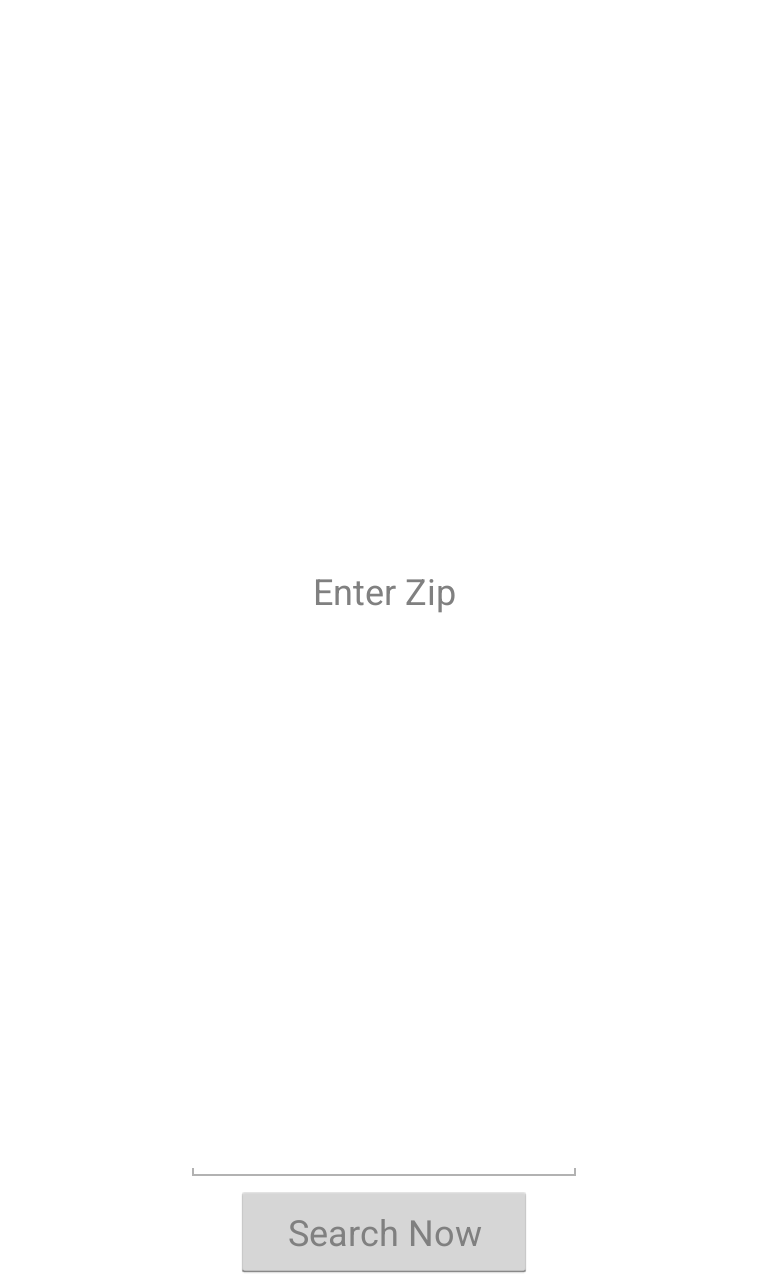
Repository: scottcaruso/Java_I_1307_Week4
Layout: myGov/res/layout/main_screen.xml
An editor plug-in stored every save of this project. The layout is shown before and after a run of saves, followed by the edit.
It is drawn on a 768 x 1280 px phone screen (xhdpi) without system bars, with theme AppTheme; the app's code is not run.

Above is the layout before, as saved 2013-08-01 19:19:17.

### myGov/res/layout/main_screen.xml
<?xml version="1.0" encoding="utf-8"?>
<LinearLayout xmlns:android="http://schemas.android.com/apk/res/android"
    android:layout_width="wrap_content"
    android:layout_height="wrap_content"
    android:layout_gravity="center_horizontal"
    android:gravity="center|center_horizontal|center_vertical"
    android:orientation="vertical" >

    <EditText
        android:id="@+id/zipcodeentry"
        android:layout_width="200dp"
        android:layout_height="0dp"
        android:layout_weight="1"
        android:gravity="center|center_vertical"
        android:hint="@string/enter_zip"
        android:inputType="number"
        android:maxLength="5" />

    <Button
        android:id="@+id/dosearchnow"
        android:layout_width="150dp"
        android:layout_height="wrap_content"
        android:layout_gravity="center"
        android:hint="@string/search_now" />

</LinearLayout>

### myGov/res/values/strings.xml
<?xml version="1.0" encoding="utf-8"?>
<resources>

    <string name="app_name">myGov</string>
    <string name="action_settings">Settings</string>
    <string name="hello_world">Hello world!</string>
    <string name="enter_zip">Enter Zip</string>
    <string name="search_now">Search Now</string>

</resources>

Loaded but not shown: myGov/res/values/styles.xml (common file); myGov/res/values-v11/styles.xml (common file); myGov/res/values-v14/styles.xml (common file)

After the next 2 saves:
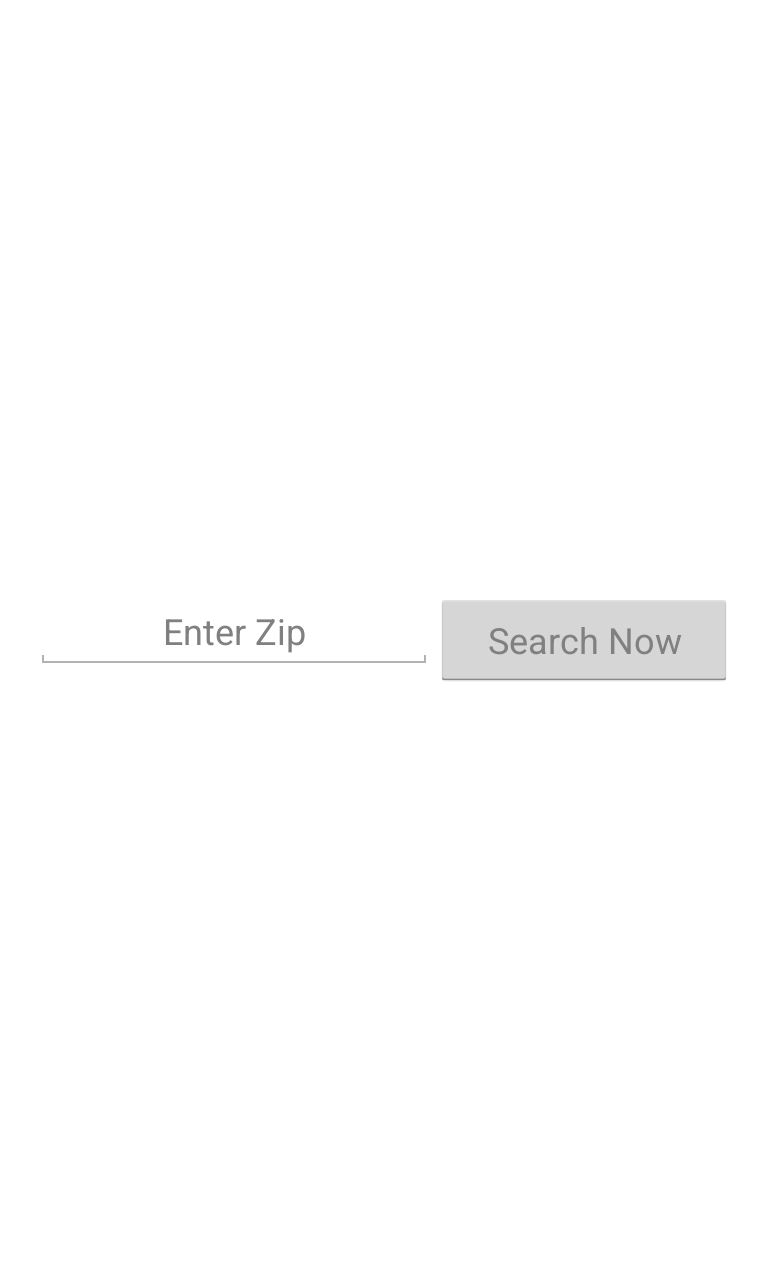
The 2 saves are shown as one change because 1 did not build or start.
The last was saved 2 min 31 s later.
--- a/myGov/res/layout/main_screen.xml
+++ b/myGov/res/layout/main_screen.xml
@@ -6,21 +6,28 @@
     android:gravity="center|center_horizontal|center_vertical"
     android:orientation="vertical" >
 
-    <EditText
-        android:id="@+id/zipcodeentry"
-        android:layout_width="200dp"
-        android:layout_height="0dp"
-        android:layout_weight="1"
-        android:gravity="center|center_vertical"
-        android:hint="@string/enter_zip"
-        android:inputType="number"
-        android:maxLength="5" />
+    <LinearLayout
+        android:layout_width="wrap_content"
+        android:layout_height="wrap_content"
+        android:layout_gravity="center_horizontal"
+        	>
+	   <EditText
+	       android:id="@+id/zipcodeentry"
+	       android:layout_width="200dp"
+	       android:layout_height="wrap_content"
+	       android:layout_weight="1"
+	       android:gravity="center|center_vertical"
+	       android:hint="@string/enter_zip"
+	       android:inputType="number"
+	       android:maxLength="5" />
 
-    <Button
-        android:id="@+id/dosearchnow"
-        android:layout_width="150dp"
-        android:layout_height="wrap_content"
-        android:layout_gravity="center"
-        android:hint="@string/search_now" />
+	   <Button
+	       android:id="@+id/dosearchnow"
+	       android:layout_width="150dp"
+	       android:layout_height="wrap_content"
+	       android:layout_gravity="center"
+	       android:hint="@string/search_now" />
+
+    </LinearLayout>
 
 </LinearLayout>
